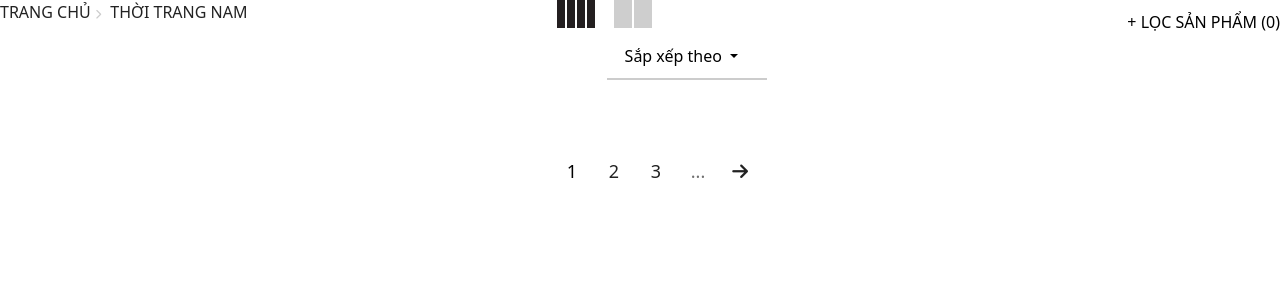
Repository: NguyenQuangQuan021099/FE_Page-Male
Page: index.html
An editor plug-in stored every save of this project. The page is shown before and after the next save, followed by the edit.
The browser window is 1280 px wide. The pictures show the whole page.
The page's requests for data from a server got no answer. Some web libraries are served in a nearby version.

Above is the page before, as saved 2021-07-08 11:02:16.

After the next save:
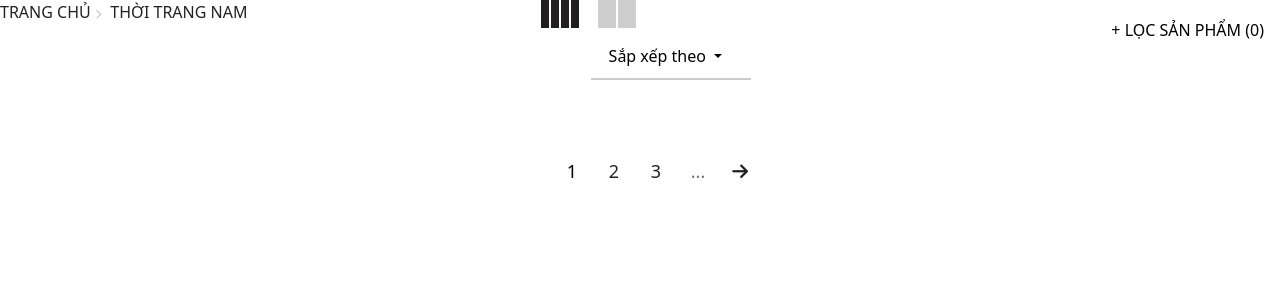
Saved 84 s later.
--- a/style.css
+++ b/style.css
@@ -115,9 +115,7 @@ a, a:hover{
     animation: mymove ease-in-out .8s;
     transition: all 0.2s ease-in-out 0.2s;
 }
-.list-group-item{
-    padding: 0;
-}
+
 .list-group-item-action:hover{
     background-color: #fff;
 }
